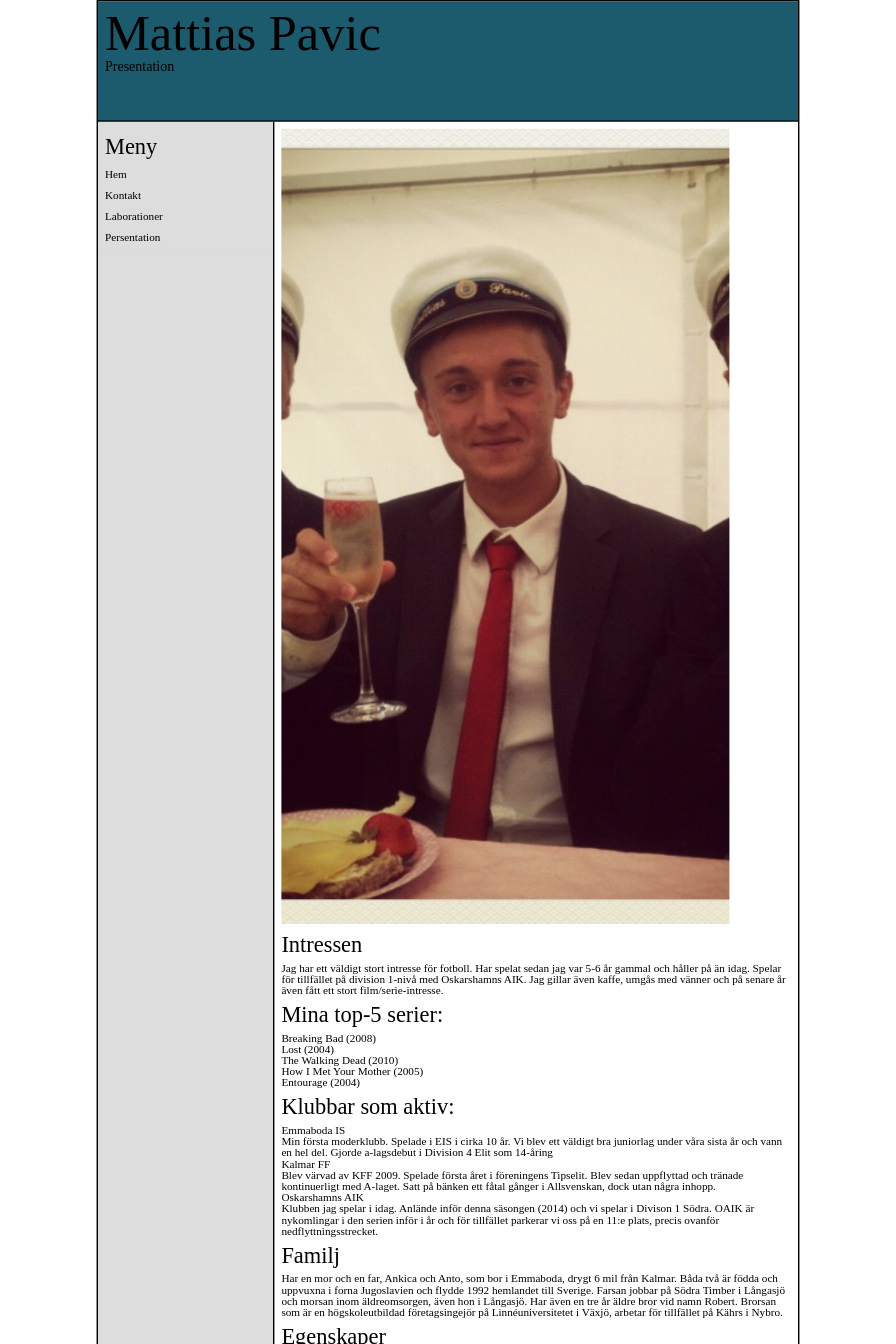
Repository: mp222sf/1ik415-laborationer
Page: pages/presentation.html
The author's editor kept a record of every edit. The page is drawn from the files as they stood at one moment, then again after the next edit.
The browser window is 1280 px wide. The pictures show the part of the page from y = 0 to 1920 px (the page is 2623 px tall), at 70% of full size.

Above is the page before.

### pages/presentation.html
<!doctype html>
<html lang="sv">
    <head>
        <meta charset="utf-8" />
        <title>Mattias Pavic</title>
        <link rel="stylesheet" href="../css/style.css" />
    </head>
    <body>
        <div id="cointainer">
            <div id="header">
                <h1>Mattias Pavic</h1>
                <h3>Presentation</h3>
            </div>
            <div id="navigation">
                <h4>Meny</h4>
                <a href="../index.html">Hem</a><br>
                <a href="kontakt.html">Kontakt</a><br>
                <a href="laborationer.html">Laborationer</a><br>
                <a href="presentation.html">Persentation</a><br>
            </div>
            <div id="content">
                <!--Här skriver vi infomationen om mina intressen.-->

                <p><img id="jag_presentation" src="../pics/jag_presentation.jpg" alt="Bild på Mattias Pavic" /></p>

                <h3>Intressen</h3>
                <p> Jag har ett väldigt stort intresse för fotboll. Har spelat sedan jag var 5-6 år gammal och håller på än idag.
                    Spelar för tillfället på division 1-nivå med Oskarshamns AIK.
                    Jag gillar även kaffe, umgås med vänner och på senare år även fått ett stort film/serie-intresse.</p>

                <h3>Mina top-5 serier:</h3>
                <ol>
                    <li><a target="_blank" href="http://www.imdb.com/title/tt0903747/?ref_=nv_sr_1">Breaking Bad</a> (2008)</li>
                    <li><a target="_blank" href="http://www.imdb.com/title/tt0411008/?ref_=nv_sr_1">Lost</a> (2004)</li>
                    <li><a target="_blank" href="http://www.imdb.com/title/tt1520211/?ref_=nv_sr_1">The Walking Dead</a> (2010)</li>
                    <li><a target="_blank" href="http://www.imdb.com/title/tt0460649/?ref_=nv_sr_1">How I Met Your Mother</a> (2005)</li>
                    <li><a target="_blank" href="http://www.imdb.com/title/tt0387199/?ref_=nv_sr_1">Entourage</a> (2004)</li>
                </ol>

                <h3>Klubbar som aktiv:</h3>
                <dl>
                    <dt><strong>Emmaboda IS</strong></dt>
                        <dd>Min första moderklubb. Spelade i EIS i cirka 10 år. Vi blev ett väldigt bra juniorlag under våra sista år och vann en hel del. Gjorde a-lagsdebut i Division 4 Elit som 14-åring</dd>
                    <dt><strong>Kalmar FF</strong></dt>
                        <dd>Blev värvad av KFF 2009. Spelade första året i föreningens Tipselit. Blev sedan uppflyttad och tränade kontinuerligt med A-laget. Satt på bänken ett fåtal gånger i Allsvenskan, dock utan några inhopp.</dd>
                    <dt><strong>Oskarshamns AIK</strong></dt>
                        <dd>Klubben jag spelar i idag. Anlände inför denna säsongen (2014) och vi spelar i Divison 1 Södra. OAIK är nykomlingar i den serien inför i år och för tillfället parkerar vi oss på en 11:e plats, precis ovanför nedflyttningsstrecket.</dd>
                </dl>

                <h3>Familj</h3>
                <p> Har en mor och en far, Ankica och Anto, som bor i Emmaboda, drygt 6 mil från Kalmar.
                    Båda två är födda och uppvuxna i forna Jugoslavien och flydde 1992 hemlandet till Sverige.
                    Farsan jobbar på Södra Timber i Långasjö och morsan inom äldreomsorgen, även hon i Långasjö.
                    Har även en tre år äldre bror vid namn Robert.
                    Brorsan som är en högskoleutbildad företagsingejör på Linnéuniversitetet i Växjö, arbetar för tillfället på Kährs i Nybro.</p>

                <!--Listan ger Error i Validator. Förstår ej?!.-->
                <h3>Egenskaper</h3>
                <ul>
                    <li><h4>Bra på?</h4>
                        <ul>
                            <li>Passa tider</li>
                            <li>Fotboll</li>
                            <li>Matematik</li>
                            <li>Sträckglo på tv-serier.</li>
                        </ul>
                    </li>
                   <li><h4>Något sämre på?</h4>
                        <ul>
                            <li>Kliva upp på morgon.</li>
                            <li>Komma ihåg saker.</li>
                        </ul>
                    </li>
                </ul>

                <h3>Tidigare utbildning</h3>
                <p> Studerade Samhällskunskap/Idrott på Stagneliusskolan och tog studenten därifrån 2012. Det var tre fantastiska år i Kalmar där jag kunde kombinera fotbollen med en bra och bred utbildning.</p>

                <h3>Arbetslivserfarenhet</h3>
                <p> Arbetade på Be-Ge Industri AB tidigare iår i drygt 5 månader.
                    Var anställd på en avdelning vid namn Vinga som tillverkade lastbilsstolar till företaget Scania.
                    Det är i stort sett min enda erfarenhet från arbetslivet då jag spelade fotboll på hög nivå i något år efter gymnasiet.</p>

                <h3>Programmerat tidigare</h3>
                <p> Jag har sysslat med lite kodning/programmering på fritiden.
                    Har främst gjort hemsidor med html, css och php.</p>

                <h3>Varför sökte jag?</h3>
                <p> Jag sökte utbildningen Webbprogrammerare eftersom jag gillar att koda.
                    Gillar att lösa problem och jag skulle villa lära mig ännu mer om programmering.</p>

                <h3>Tankar inför framtiden</h3>
                <p> Efter utbildningen skulle jag jättegärna vilja arbeta som programmerare eller något liknande.
                    Men i första hand skulle jag vilja spela fotboll på proffsnivå (Allsvenskan/Superettan) och efter en eventuell karriär då har möjligheten att arbeta med webbprogrammering.</p>
            </div>
            <div id="footer">
            MATTIAS PAVIC 2014.
            </div>

        </div>
    </body>
</html>

### css/style.css
/* http://meyerweb.com/eric/tools/css/reset/
   v2.0 | 20110126
   License: none (public domain)
*/

html, body, div, span, applet, object, iframe,
h1, h2, h3, h4, h5, h6, p, blockquote, pre,
a, abbr, acronym, address, big, cite, code,
del, dfn, em, img, ins, kbd, q, s, samp,
small, strike, strong, sub, sup, tt, var,
b, u, i, center,
dl, dt, dd, ol, ul, li,
fieldset, form, label, legend,
table, caption, tbody, tfoot, thead, tr, th, td,
article, aside, canvas, details, embed,
figure, figcaption, footer, header, hgroup,
menu, nav, output, ruby, section, summary,
time, mark, audio, video {
	margin: 0;
	padding: 0;
	border: 0;
	font-size: 100%;
	font: inherit;
	vertical-align: baseline;
}
/* HTML5 display-role reset for older browsers */
article, aside, details, figcaption, figure,
footer, header, hgroup, menu, nav, section {
	display: block;
}
body {
	line-height: 1;
}
ol, ul {
	list-style: none;
}
blockquote, q {
	quotes: none;
}
blockquote:before, blockquote:after,
q:before, q:after {
	content: '';
	content: none;
}
table {
	border-collapse: collapse;
	border-spacing: 0;
}


a:link {
    color:black;
    text-decoration: none;
}
a:visited {
    color:black;
    text-decoration: none;

}

a:hover {
    color:black;
    text-decoration: underline;
}



#cointainer {
    background-color:#dddddd;
    color:black;
    width:1000px;
    margin: 0 auto;
    text-align:left;
    border:2px;
    border-color:black;
    border-style:solid;
}
#header {
    background-color:#1C5A6D;
    color:black;
    text-align:left;
    height:150px;
    padding:10px;
    border-bottom:2px;
    border-color:black;
    border-style:solid;
}
#header h1 {
   font-size:72px;
}
#header h3 {
   font-size:20px;
}

#navigation {
    line-height:30px;
    background-color:#dddddd;
    width:230px;
    float:left;
    padding:10px;
}
#navigation h4 {
    font-size:32px;
    margin-bottom:10px;
    margin-top:10px;
}
#navigation ul {
    list-style-type: square;
    margin-left:30px;
    font-size:12px;
}
#content {
    width:728px;
    background-color:white;
    float:left;
    padding:10px;
    border-left:2px;
    border-color:black;
    border-style:solid;
}
#content h3 {
   font-size:32px;
   margin-bottom:10px;
   margin-top:10px;
}
#content h4 {
   font-size:24px;
   margin-bottom:10px;
   margin-top:25px;
}
#big_buck_bunny {
    margin-bottom:10px;
    margin-top:10px;
}
#footer {
    background-color:black;
    color:white;
    clear:both;
    text-align:center;
    padding:10px;
}

After the next edit:
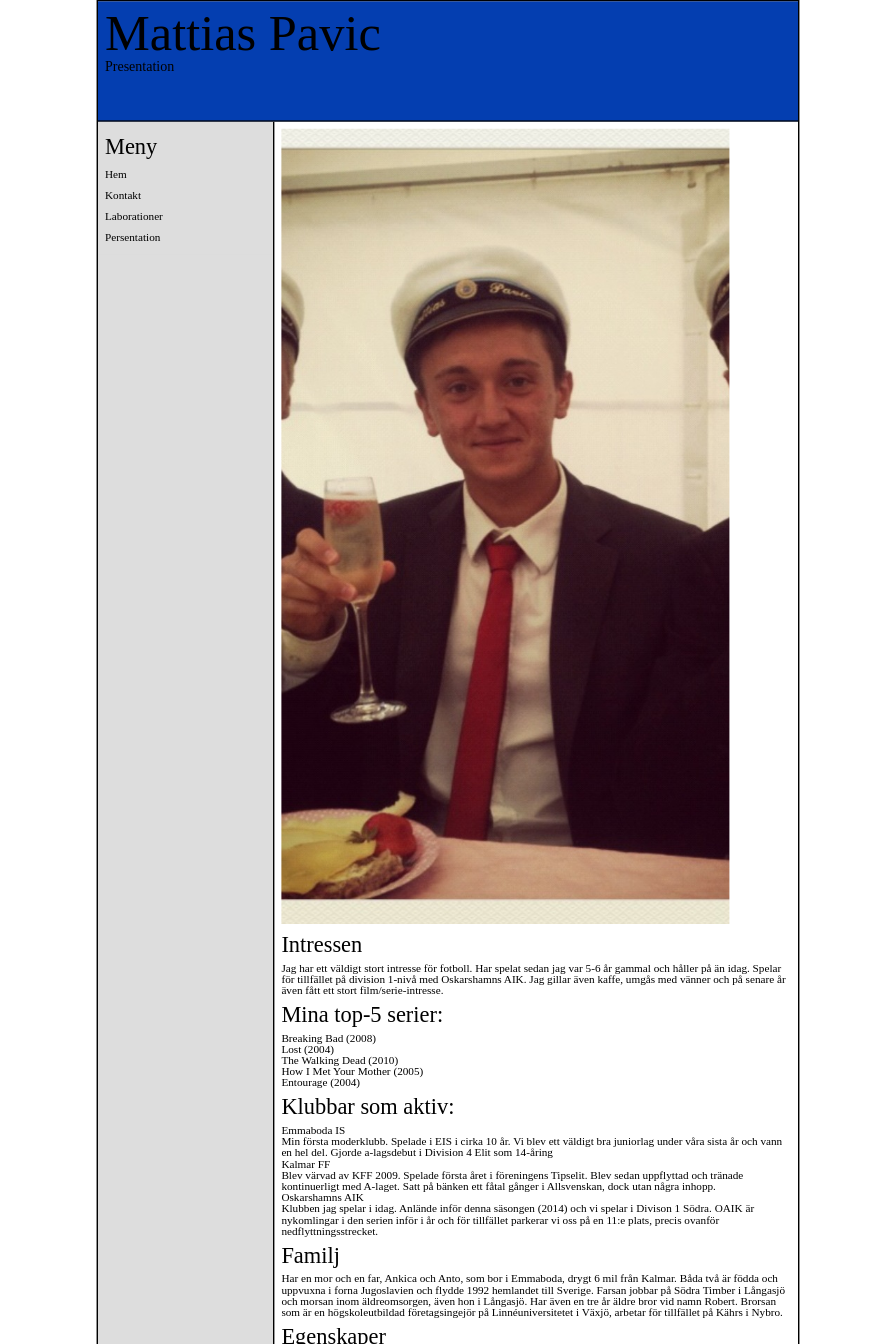
The edit:
--- a/css/style.css
+++ b/css/style.css
@@ -76,7 +76,7 @@
     border-style:solid;
 }
 #header {
-    background-color:#1C5A6D;
+    background-color:#043EB0;
     color:black;
     text-align:left;
     height:150px;
